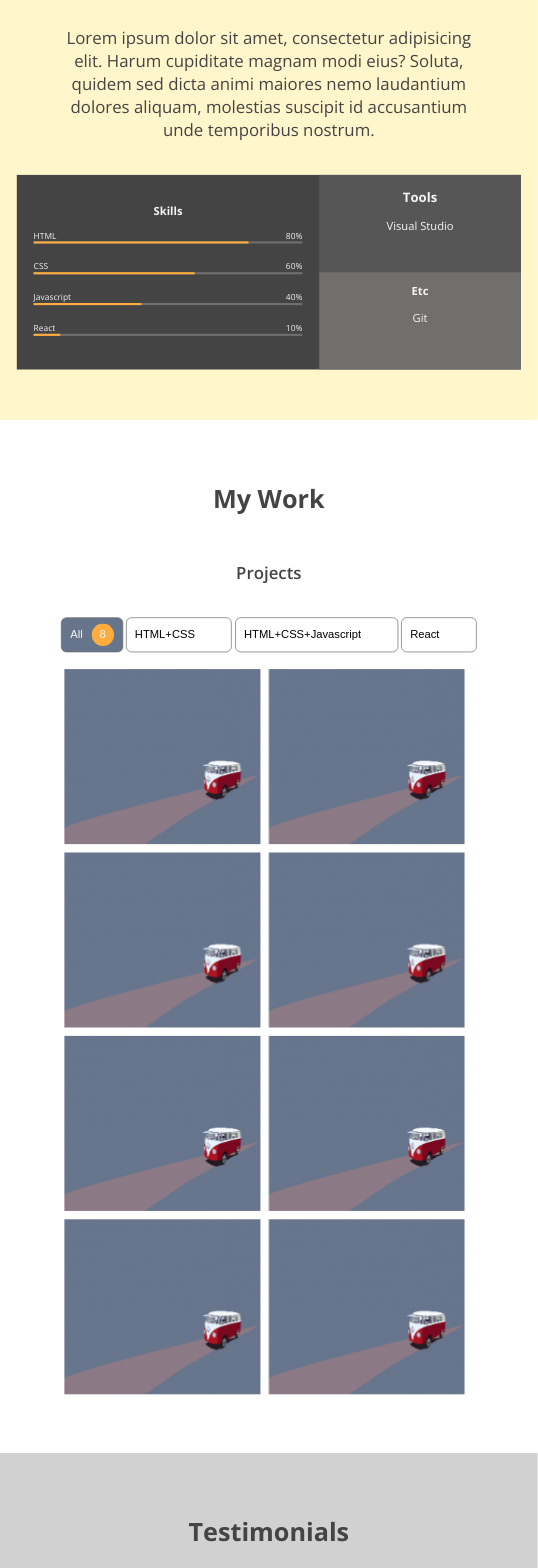
Repository: choi2021/portfolio-vanillaJS
Page: index.html
The author's editor kept a copy of each file at every save. The page is drawn from the files as they stood at one save, then again after the next save.
The browser window is 768 px wide. The pictures show the part of the page from y = 2097 to 4337 px (the page is 5430 px tall before and 5622 px after), at 70% of full size.
Some web libraries are served in a nearby version.

Above is the page before, as saved 2022-01-08 15:11:18.

After the next save:
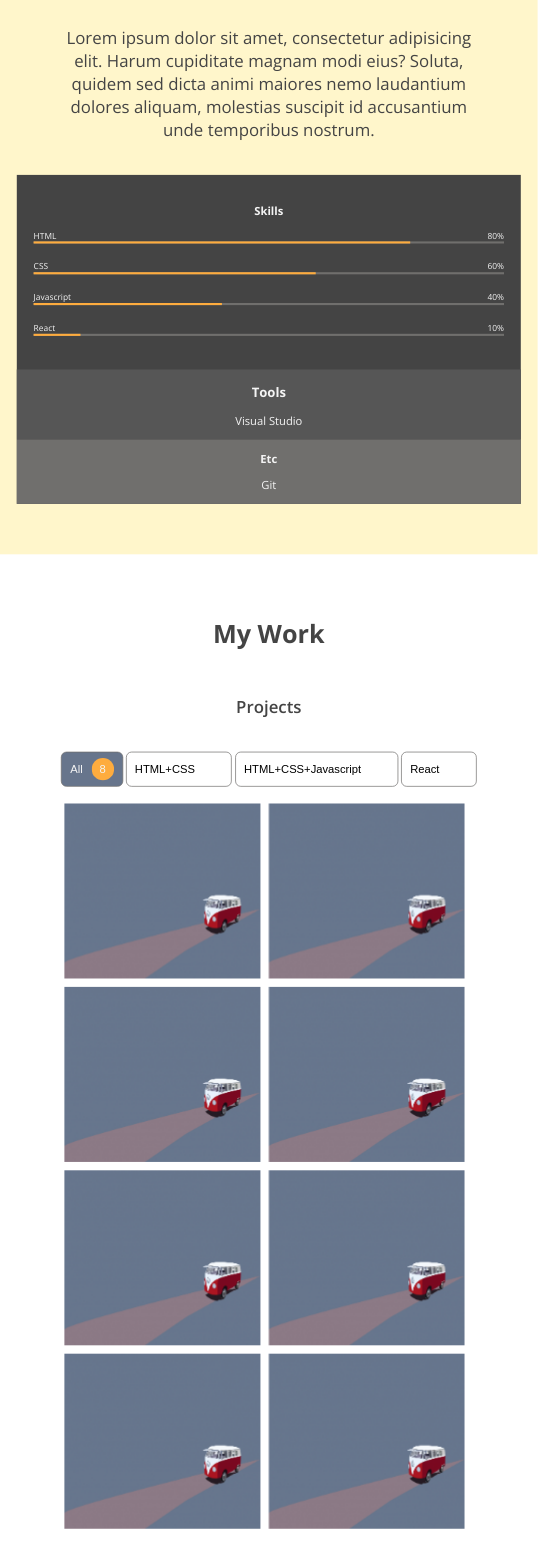
Saved 78 s later.
--- a/style.css
+++ b/style.css
@@ -586,4 +586,8 @@ button {
   .stack {
     margin-bottom: var(--base-space);
   }
-}
+
+  .skillset {
+    flex-direction: column;
+  }
+}
